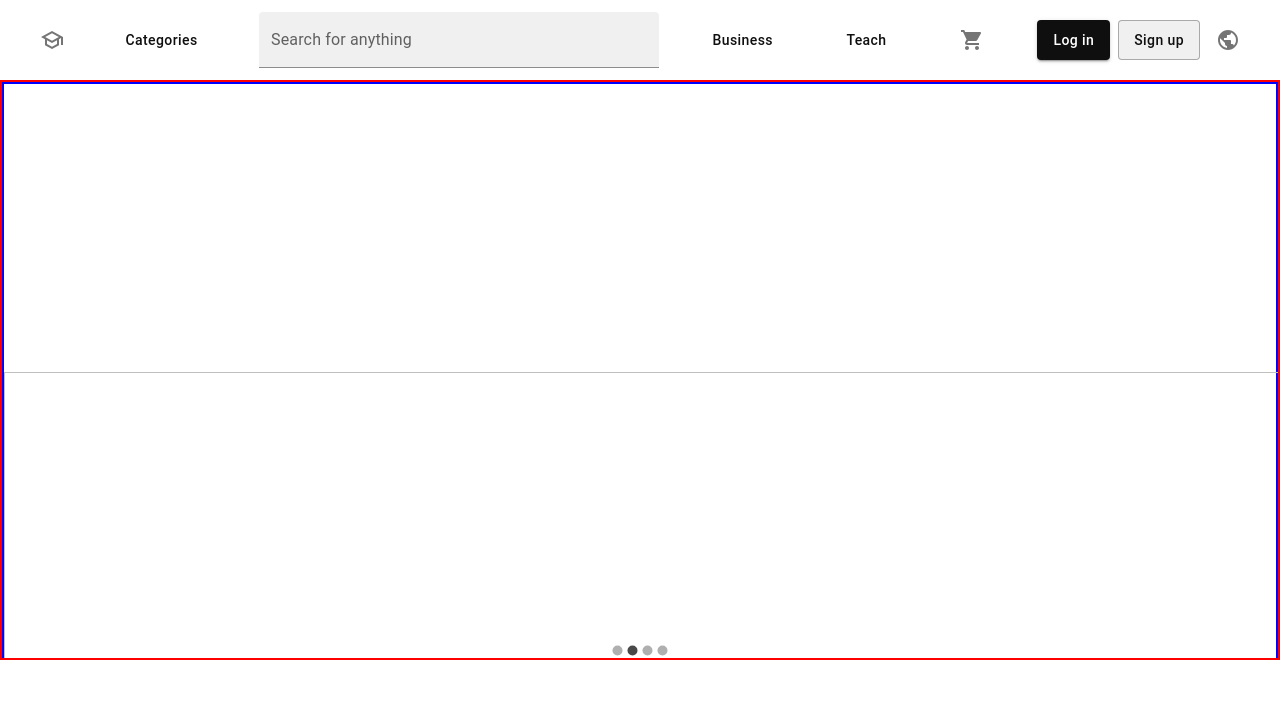
Repository: princ3-web/academy
Page: /
These files come from the project's save history. The page is drawn as it stood at one moment and after the next save; the edit follows.
The browser window is 1280 px wide. The pictures show the whole page.
The project was rebuilt for these pictures with package versions that can differ from the ones it lists, and the page was loaded fresh each time. Also part of the build but not shown: vite.config.js, src/pages/Courses.jsx, src/pages/Business.jsx, src/pages/Teach.jsx.

Above is the page before, as saved 2023-07-03 18:08:48.

### src/main.jsx
import React from "react";
import ReactDOM from "react-dom/client";
import App from "./App.jsx";
import "./index.css";
import { BrowserRouter } from "react-router-dom";


ReactDOM.createRoot(document.getElementById("root")).render(
  <React.StrictMode>
      <BrowserRouter>
        <App />
      </BrowserRouter>
  </React.StrictMode>
);

### src/App.jsx
import { useState } from "react";
import "./css/App.module.css";
import { Route, Routes } from "react-router-dom";
import Home from "./pages/Home";
import Courses from "./pages/Courses";
import Business from "./pages/Business";
import Teach from "./pages/Teach";
import Navbar from "./components/Navbar";
import { ThemeProvider, createTheme } from "@mui/material/styles";

const theme = createTheme({
  palette: {
    primary: {
      main: "rgba(100, 100, 100, 1)",
      light: "rgba(240, 240, 240, 1)",
      dark: "rgba(15, 15, 15, 1)",
    },
  },
});

function App() {
  return (
    <>
      <ThemeProvider theme={theme}>
        <Navbar />
        <Routes>
          <Route path="/" element={<Home />} />
          <Route path="/Courses" element={<Courses />} />
          <Route path="/Business" element={<Business />} />
          <Route path="/Teach" element={<Teach />} />
        </Routes>
      </ThemeProvider>
    </>
  );
}

export default App;

### src/css/App.module.css
  @import url('https://fonts.googleapis.com/css2?family=Lato&display=swap');

  body{
    font-family: 'Lato', sans-serif;
    margin: 0;
    padding: 0;
  }

### src/pages/Home.jsx
import React from "react";


import ImageSlider from "../components/ImageSlider";

const Home = () => {
  return (
    <div>
      <ImageSlider />
    </div>
  );
};

export default Home;

### src/components/Navbar.jsx
import React from "react";
import navbarStyles from "../css/Navbar.module.css";
import logo from "../assets/icons/logo.png";
import glass from "../assets/icons/glass.png";
import cart from "../assets/icons/cart.png";
import language from "../assets/icons/language.png";
import Button from "@mui/material/Button";
import IconButton from "@mui/material/IconButton";
import ShoppingCartIcon from "@mui/icons-material/ShoppingCart";
import PublicOutlinedIcon from "@mui/icons-material/PublicOutlined";
import SchoolOutlinedIcon from "@mui/icons-material/SchoolOutlined";
import { TextField } from "@mui/material";

const Navbar = () => {
  return (
    <div className={navbarStyles.navbar}>
      <IconButton>
        <SchoolOutlinedIcon />
      </IconButton>
      <Button variant="text" sx={{ color: "primary.dark", textTransform: "none", mr: 1 }}>
        Categories
      </Button>
      <TextField id="standard-basic" label="Search for anything" variant="filled" sx={{ width: "400px" }} />
      <Button variant="text" sx={{ color: "primary.dark", textTransform: "none", mr: 1 }}>
        Business
      </Button>
      <Button variant="text" sx={{ color: "primary.dark", textTransform: "none", mr: 1 }}>
        Teach
      </Button>
      <IconButton>
        <ShoppingCartIcon />
      </IconButton>
      <div className={navbarStyles.buttons}>
        <Button variant="contained" sx={{ backgroundColor: "primary.dark", textTransform: "none", mr: 1 }}>
          Log in
        </Button>
        <Button
          variant="outlined"
          sx={{ backgroundColor: "primary.light", textTransform: "none", color: "primary.dark", mr: 1 }}
        >
          Sign up
        </Button>
        <IconButton>
          <PublicOutlinedIcon />
        </IconButton>
      </div>
    </div>
  );
};

export default Navbar;

### src/components/ImageSlider.jsx
import React, { useState, useEffect } from "react";
import imageSliderStyles from "../css/ImageSlider.module.css";
import image0 from "../assets/images/image0.webp";
import image1 from "../assets/images/image1.webp";
import image2 from "../assets/images/image2.webp";
import image3 from "../assets/images/image3.webp";
import arrow from "../assets/icons/arrow.png";
import Carousel from "react-material-ui-carousel";
import Button from "@mui/material/Button";

const ImageSlider = () => {
  var items = [
    {
      name: "Random Name #1",
      description: "Probably the most random thing you have ever seen!",
      image: image0,
    },
    {
      name: "Random Name #2",
      description: "Hello World!",
    },
    {
      name: "Random Name #2",
      description: "Hello World!",
    },
    {
      name: "Random Name #2",
      description: "Hello World!",
    },
  ];

  const images = [image0, image1, image2, image3];

  const [index, setIndex] = useState(0);

  console.log(index);

  return (
    <Carousel
      sx={{
        display: "flex",
        flexDirection: "column",
        height: "80vh",
        justifyContent: "space-between",
        border: "2px solid red",
      }}
      indicatorContainerProps={{
        style: {
          position:"absolute",
          bottom: "0px",
          zIndex: 10
        },
      }}
    >
      {items.map((item, i) => (
        <div className={imageSliderStyles.slide}>
          <img className={imageSliderStyles.image} src={item.image} alt="" />
        </div>
      ))}
    </Carousel>
  );
};

export default ImageSlider;

### src/css/Navbar.module.css
.navbar {
  display: flex;
  align-items: center;
  justify-content: space-between;
  box-sizing: border-box;
  padding-inline: 2rem;
  background-color: var(--gray-50);
  height: 5rem;
  width: 100%;
}


.buttons {
  display: flex;
}

### src/css/ImageSlider.module.css
.slider {
  position: relative;
  overflow: hidden;
  display: flex;
  left: 0%;
  width: 100%;
  height: 80vh;
}



.arrows {
  display: flex;
  justify-content: space-between;
  align-items: center;
  align-self: center;
  position: absolute;
  z-index: 1;
  width: 95%;
  left: 2.5%;
}

.arrow {
  height: 3rem;
  cursor: pointer;
}

.slide{
  height: 80vh;
  justify-content: center;
  align-content: center;
  border: 2px solid blue;
}

.image {
  position: absolute;
  width: 100%;
  height: 100%;
  object-fit: cover;
  transition: 1s linear;
}

Loaded but not shown: index.html (common file); src/index.css (no stored copy; drawn as an empty file)

After the next save:
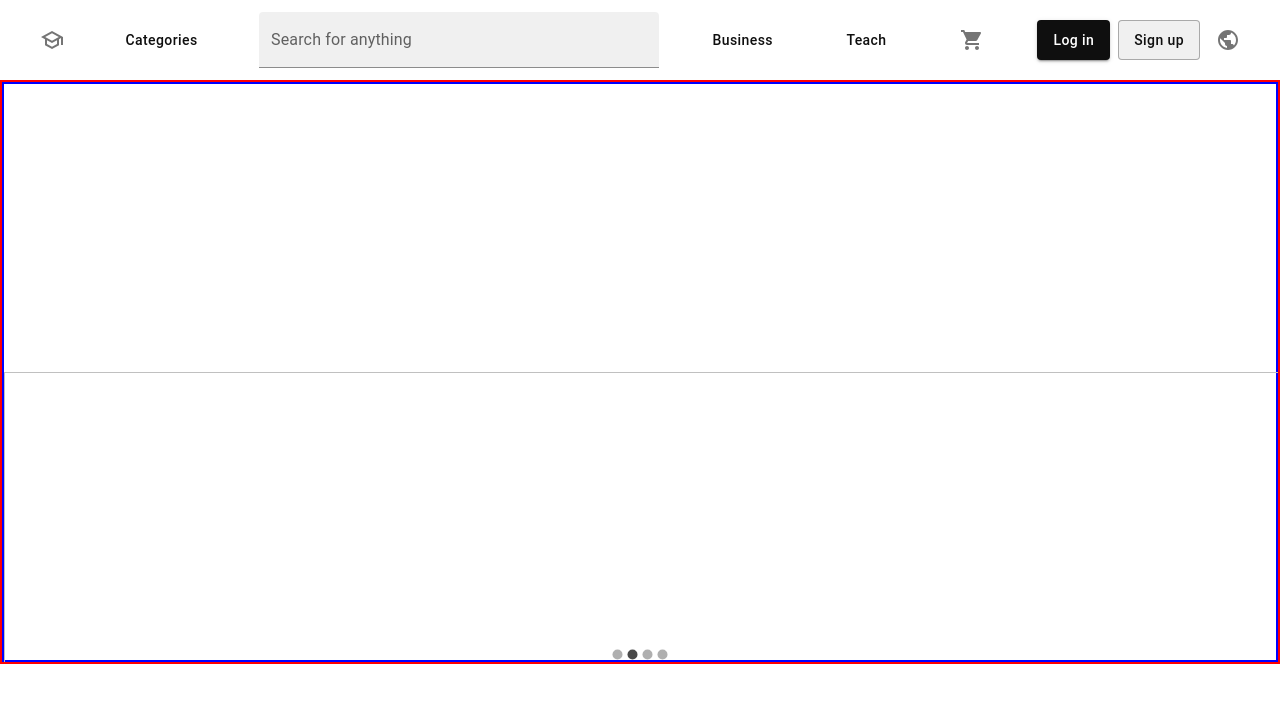
Saved 2 s later.
--- a/src/components/ImageSlider.jsx
+++ b/src/components/ImageSlider.jsx
@@ -40,7 +40,6 @@
       sx={{
         display: "flex",
         flexDirection: "column",
-        height: "80vh",
         justifyContent: "space-between",
         border: "2px solid red",
       }}
